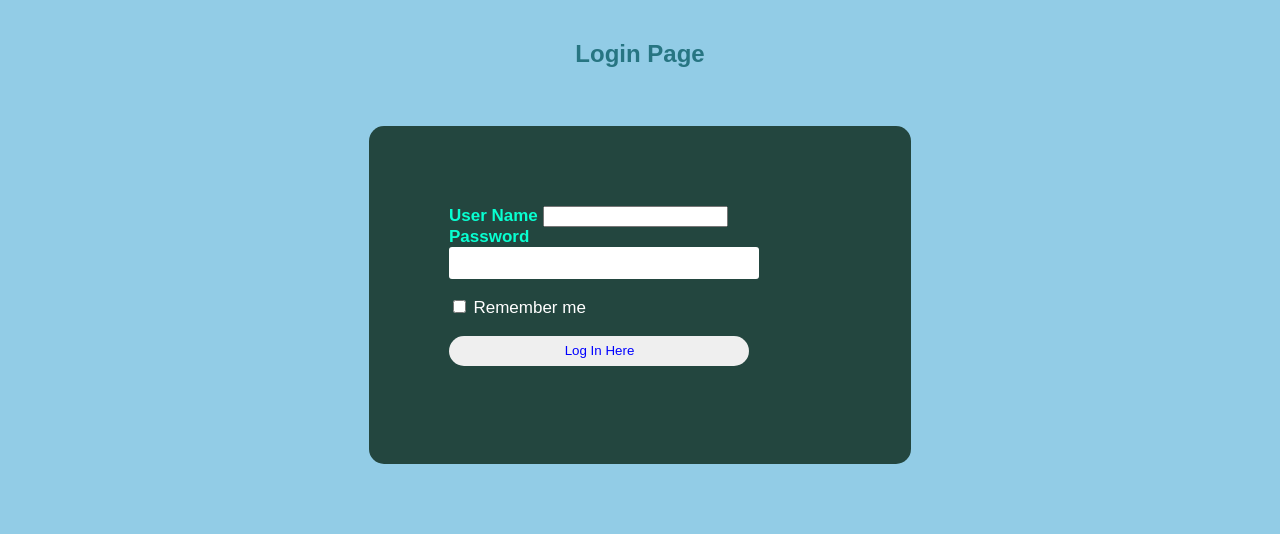
Repository: rohanbhavare1234/BikeServiceWorkspace
Page: eclipse-workspace/jspdemo/WebContent/student-form.html
An editor plug-in stored every save of this project. The page is shown before and after the next save, followed by the edit.
The browser window is 1280 px wide. The pictures show the whole page.

Above is the page before, as saved 2023-04-11 17:54:42.

After the next save:
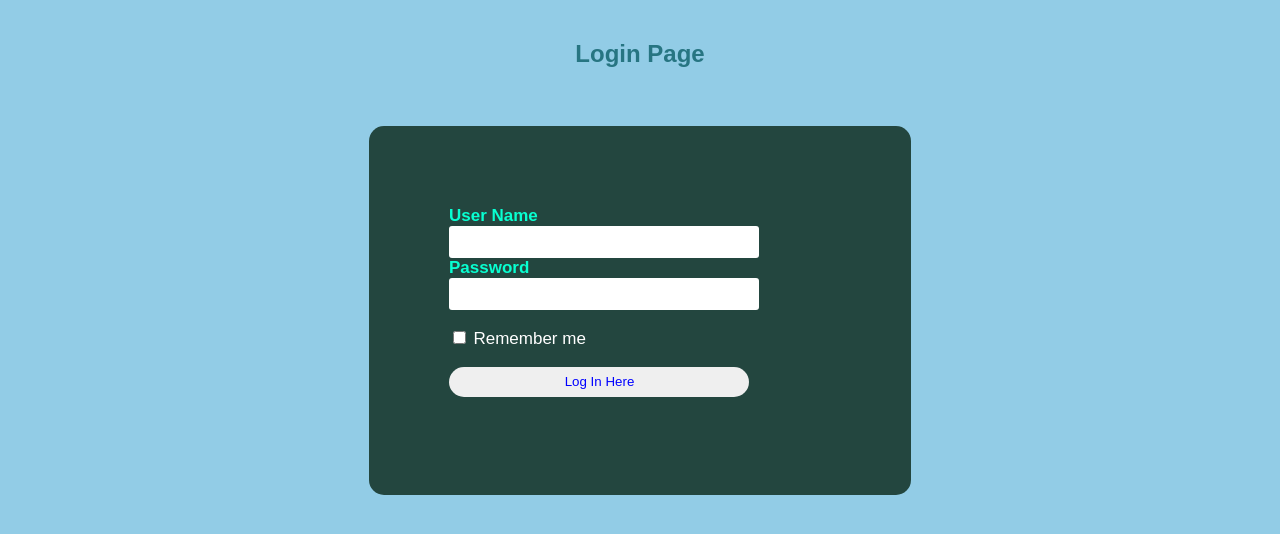
Saved 74 s later.
--- a/eclipse-workspace/jspdemo/WebContent/student-form.html
+++ b/eclipse-workspace/jspdemo/WebContent/student-form.html
@@ -30,7 +30,7 @@
         <label><b>User Name
         </b>
         </label>
-        <input type="text" name="Uname" id="userName"/>
+        <input type="text" name="Uname" id="Uname"/>
         <br>
         <label><b>Password
         </b>
